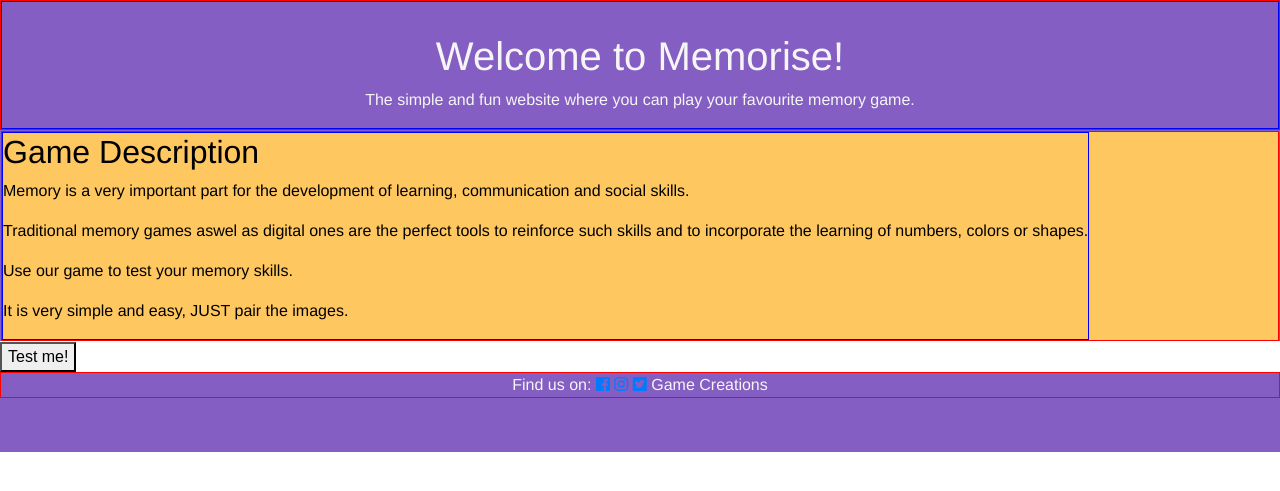
Repository: andna5980/memorise
Page: index.html
The author's editor kept a copy of each file at every save. The page is drawn from the files as they stood at one save, then again after the next save.
The browser window is 1280 px wide. The pictures show the whole page.
Some web fonts or font styles are not loaded; a fallback is used. Some web libraries are served in a nearby version.

Above is the page before, as saved 2021-04-22 17:46:46.

### index.html
<!DOCTYPE html>
<html lang="en">

<head>
    <meta charset="UTF-8">
    <meta http-equiv="X-UA-Compatible" content="IE=edge">
    <meta name="viewport" content="width=device-width, initial-scale=1.0">
    <meta name="author" content="Andres Navarrete">
    <meta name="description" content="Web-based Memory Game">
    <title>MEMORISE | GAME</title>
    <link rel="stylesheet" href="https://cdn.jsdelivr.net/npm/bootstrap@4.5.3/dist/css/bootstrap.min.css"
        integrity="sha384-TX8t27EcRE3e/ihU7zmQxVncDAy5uIKz4rEkgIXeMed4M0jlfIDPvg6uqKI2xXr2" crossorigin="anonymous">
    <link rel="stylesheet" href="https://use.fontawesome.com/releases/v5.6.3/css/all.css"
        integrity="sha384-UHRtZLI+pbxtHCWp1t77Bi1L4ZtiqrqD80Kn4Z8NTSRyMA2Fd33n5dQ8lWUE00s/" crossorigin="anonymous">
    <link href="./assets/styles/style.css" rel="stylesheet">

</head>

<body>
    <header>
        <div class="test-red">
            <div class="welcome-test test-blue">
                <h1>Welcome to Memorise!</h1>
                <p>
                    The simple and fun website where you can play your favourite memory game.
                </p>

            </div>
        </div>

        <div class="game-description row test-red">
            <div class="test-blue">
                <h2>Game Description</h2>
                <p>
                    Memory is a very important part for the development of  learning, communication and social skills.
                </p>
                <p>Traditional memory games aswel as digital ones are the perfect tools to reinforce such skills and to incorporate the learning of numbers, colors or shapes.</p>
                    Use our game to test your memory skills.
                </p>

                <p>It is very simple and easy, JUST pair the images. </p>

            </div>

        </div>
    </header>

    <button id="button">Test me!</button>

    <footer>
        <div class="social-networks test-red">
            <span>Find us on:</span>
            <a href="http://facebook.com" target="_blank"><i class="fab fa-facebook-square"></i></a>

            <a href="http://instagram.com" target="_blank"><i class="fab fa-instagram"></i></a>

            <a href="http://twitter.com" target="_blank"><i class="fab fa-twitter-square"></i></a>

            <span>Game Creations</span>
        </div>


    </footer>

</body>

</html>

### assets/styles/style.css
@import url('https://fonts.googleapis.com/css2?family=Amatic+SC&family=Original+Surfer&display=swap');

body {
    font-family: Arial, Helvetica, sans-serif;
    color: whitesmoke;
    max-width: 2000px;
}

header {
    font-family: Original Surfer, Amatic, Helvetica;
    color: whitesmoke;
    background-color: #845EC2;
}


/*   ROWS AND COLUMM AREAS   */
.test-red{
    border:1px solid red
}

.test-blue {
    border: 1px solid blue;
}

/*------------------------------------------HEADER------------------------*/

.welcome-test {
    text-align: center;
    margin-top: 25px 0;
    padding-top: 30px;
}









/*----------------------------------GAME DESCRIPTION -----------------------*/

.game-description {
    margin: 1px;
    background-color: #FFC75F;
    color: black;
}










/*--------------------------------PLAY ZONE--------------------------------*/







/*--------------------------------FOOTER--------------------------------*/

footer {
    font-family: Original Surfer, Amatic, Helvetica;
    color: whitesmoke;
    background-color: #845EC2;
    height: 80px;
    width: 100%;
}

.social-networks {
    text-align: center;
}

After the next save:
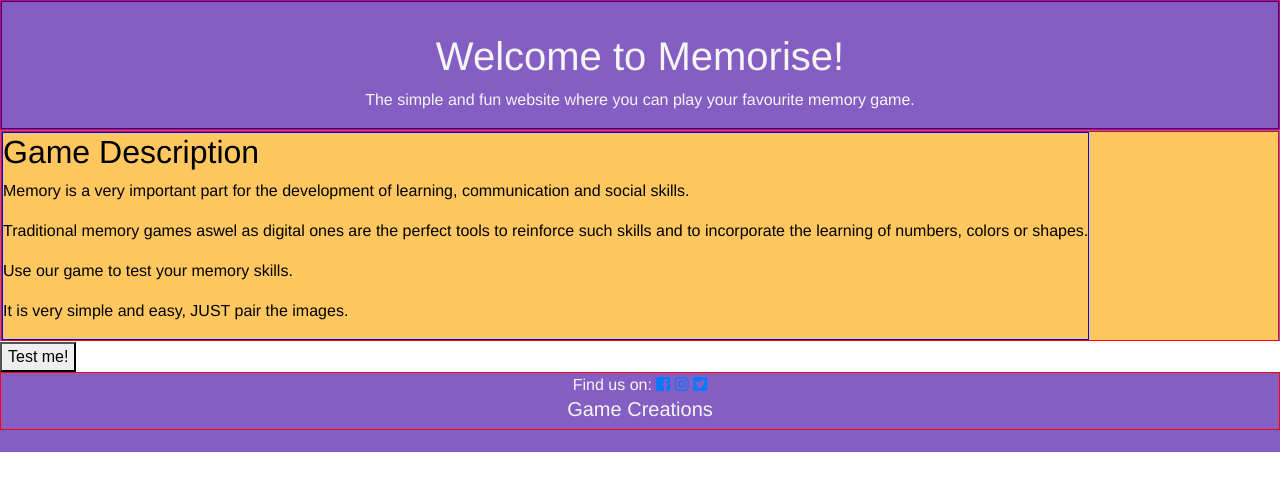
Saved 24 s later.
--- a/index.html
+++ b/index.html
@@ -56,7 +56,7 @@
 
             <a href="http://twitter.com" target="_blank"><i class="fab fa-twitter-square"></i></a>
 
-            <span>Game Creations</span>
+            <h5>Game Creations</h5>
         </div>
 
 
